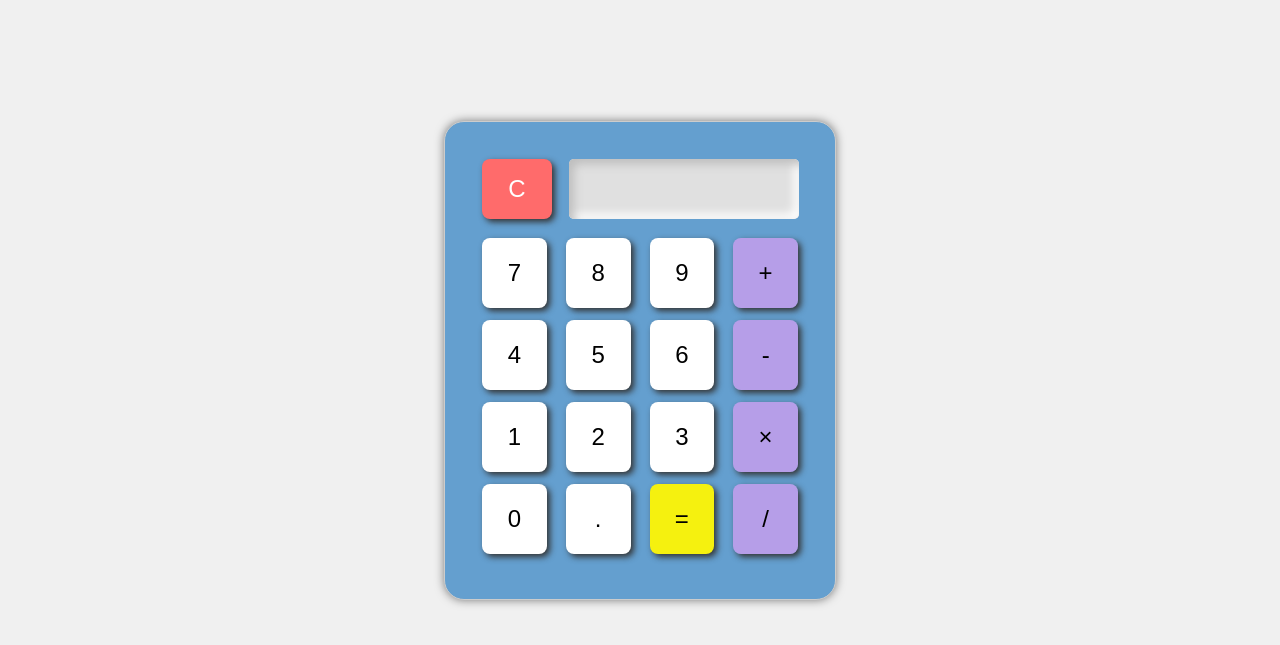
Repository: Burnmyheart/calculator
Page: index.html
The author's editor kept a copy of each file at every save. The page is drawn from the files as they stood at one save, then again after the next save.
The browser window is 1280 px wide. The pictures show the whole page.

Above is the page before, as saved 2025-04-29 00:22:09.

After the next save:
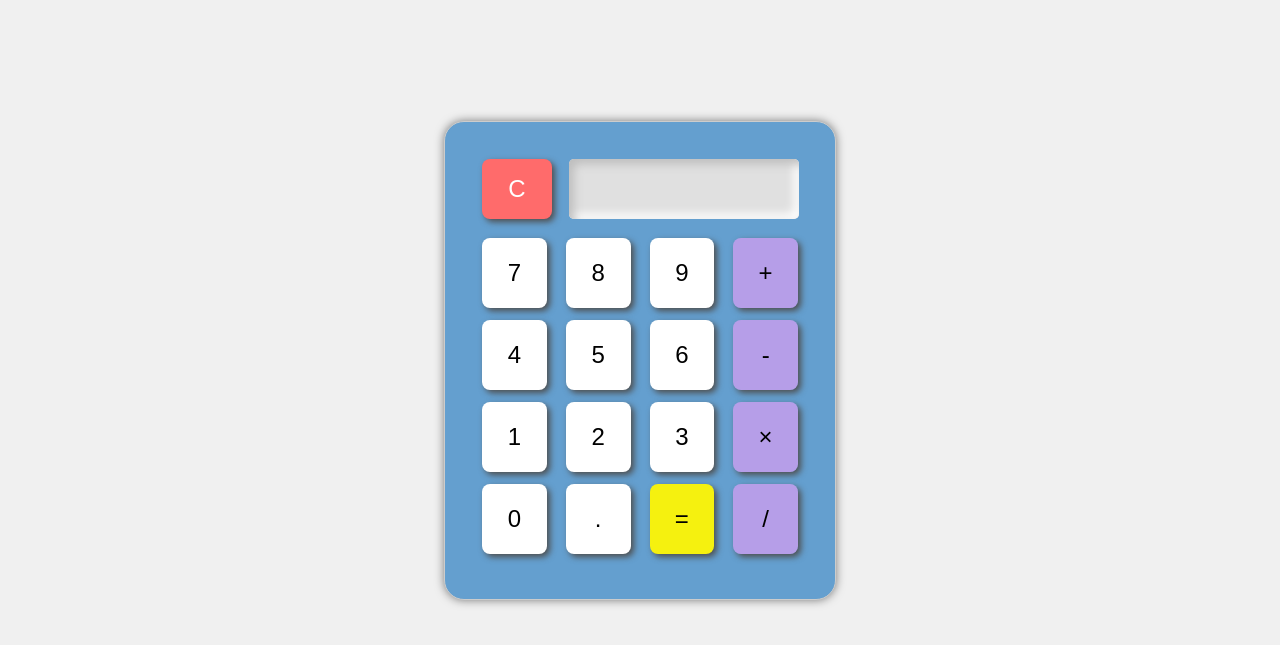
Saved 6 s later.
--- a/style.css
+++ b/style.css
@@ -56,7 +56,7 @@ button {
   font-size: 24px;
   cursor: pointer;
   transition: all 0.2s ease;
-  box-shadow: 3px 3px 6px #333333;
+  box-shadow: 3px 3px 6px #4e4e4e;
 }
 button:hover {
   transform: scale(1.1);
